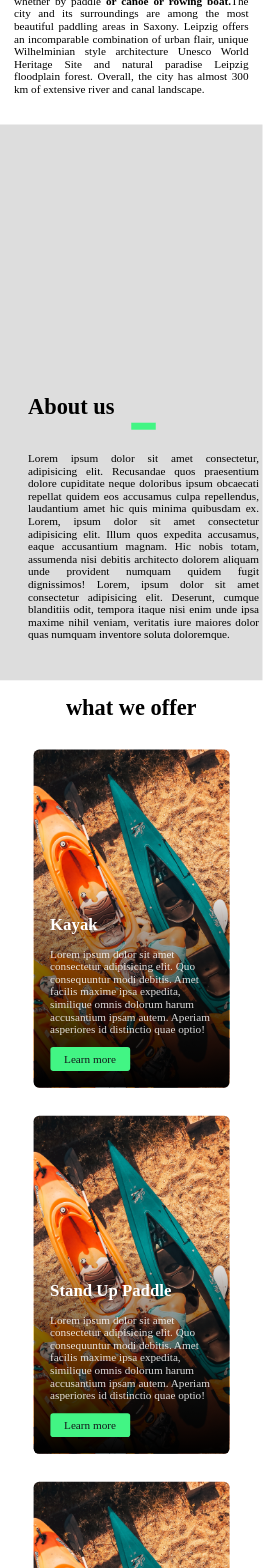
Repository: joseluis2289/Responsive-club-website
Page: index.html
These files come from the project's save history. The page is drawn as it stood at one moment and after the next save; the edit follows.
The browser window is 375 px wide. The page is 380 px wide, so the pictures cover 380 px, including what lies to the right of the window. The pictures show the part of the page from y = 957 to 3197 px (the page is 4407 px tall before and 4087 px after), at 70% of full size.
Pictures or frames that could not be fetched are drawn as grey boxes.

Above is the page before, as saved 2021-08-24 13:27:40.

### index.html
<!DOCTYPE html>
<html lang="en">
<head>
    <meta charset="UTF-8">
    <meta http-equiv="X-UA-Compatible" content="IE=edge">
    <meta name="viewport" content="width=device-width, initial-scale=1.0">
    <link rel="stylesheet" href="style.css">
    <script src="script.js" defer></script>
    <title>Responsive-Club-website</title>
</head>
<body>

    <nav class="navbar">
        <!-- hamburger toggle -->
        <div class="brand-title">Club-Website</div>
        <a href="#" class="toggle-button">
            <span class="bar"></span>
            <span class="bar"></span>
            <span class="bar"></span>
        </a>

        <div class="nav-links">
            <ul>
                <li><a href="#">Home</a></li>
                <li><a href="#">About</a></li>
                <li><a href="#">Contact</a></li>
            </ul>
        </div>
    </nav>
<div class="banner"></div>

<section class="welcome">
    <h1 class="discover-title">Discover the city of Leipzig</h1>
    <p class="p-discover">Discover the "water city of Leipzig". No matter whether by paddle <strong>or canoe or rowing boat.</strong>The city and its surroundings are among the most beautiful paddling areas in Saxony. Leipzig offers an incomparable combination of urban flair, unique Wilhelminian style architecture Unesco World Heritage Site and natural paradise Leipzig floodplain forest. Overall, the city has almost 300 km of extensive river and canal landscape.</p>

</section>

<!-- about us section -->
<div class="grid-container-about">
    <img class="grid-item-img" src="./Cosmetics Discount Sale Landscape Banner.png" alt="about">
    <div class="grid-item-text"><h1><a class="aboutUs-title" href="#">About us</a></h1><p class="aboutUs-text"> Lorem ipsum dolor sit amet consectetur, adipisicing elit. Recusandae quos praesentium dolore cupiditate neque doloribus ipsum obcaecati repellat quidem eos accusamus culpa repellendus, laudantium amet hic quis minima quibusdam ex. Lorem, ipsum dolor sit amet consectetur adipisicing elit. Illum quos expedita accusamus, eaque accusantium magnam. Hic nobis totam, assumenda nisi debitis architecto dolorem aliquam unde provident numquam quidem fugit dignissimos! Lorem, ipsum dolor sit amet consectetur adipisicing elit. Deserunt, cumque blanditiis odit, tempora itaque nisi enim unde ipsa maxime nihil veniam, veritatis iure maiores dolor quas numquam inventore soluta doloremque.</p></div>
</div>

<h1 class="tittle-what-we-offer">what we offer</h1>


<div class="card-container">
    <div class="card">
        <div class="card-content">
        <h2 class="card-title">Kayak</h2>
        <p class="card-body">Lorem ipsum dolor sit amet consectetur adipisicing elit. Quo consequuntur modi debitis. Amet facilis maxime ipsa expedita, similique omnis dolorum harum accusantium ipsam autem. Aperiam asperiores id distinctio quae optio!</p>
        <a href="#" class="button">Learn more</a>
    </div>
    </div>

    <div class="card">
        <div class="card-content">
        <h2 class="card-title"> Stand Up Paddle</h2>
        <p class="card-body">Lorem ipsum dolor sit amet consectetur adipisicing elit. Quo consequuntur modi debitis. Amet facilis maxime ipsa expedita, similique omnis dolorum harum accusantium ipsam autem. Aperiam asperiores id distinctio quae optio!</p>
        <a href="#" class="button">Learn more</a>
    </div>
    </div>


    <div class="card">
        <div class="card-content">
        <h2 class="card-title">Canoe</h2>
        <p class="card-body">Lorem ipsum dolor sit amet consectetur adipisicing elit. Quo consequuntur modi debitis. Amet facilis maxime ipsa expedita, similique omnis dolorum harum accusantium ipsam autem. Aperiam asperiores id distinctio quae optio!</p>
        <a href="#" class="button">Learn more</a>
    </div>
    </div>

</div>





<!-- <section class="what-we-offer">
     <!-- <div class="kayak">kayak</div>
   <img class="kayak" src="./kayak.png" alt="kayak">
   <img class="kayak" src="./boat.png" alt="boat">
   <img class="kayak" src="./sup.png" alt="sup">
</section> -->




<section class="register">
    <form id="register" action="#">
        <h2 class="register-title">Register now!</h2>
        <label for="first-name">First-name:</label>
        <br/>
        <input type="text" name="first-name" id='name' placeholder="Enter your name">
        <br/>
        <label for="last-name">Last-name:</label>
        <br/>
        <input type="text" name="last-name" id="name" placeholder="Enter your last name">
        <br/>
        <label for="email">Email:</label>
        <br/>
        <input type="text" name="email" id="name" placeholder="Enter your email">
        <br/>&nbsp;
        <!-- <label for="gender">Gender:</label>
        <br/>
        <input type="radio" name="gender" id="male">
        &nbsp;
        <span id="male">Male</span>
        &nbsp; &nbsp;
        <input type="radio" name="gender" id="female">
        &nbsp;
        <span id="female">Female</span> -->
        <br/> <br/>
    <input type="submit" value="submit" name="submit" id="submit">
    </form>
</section>

<footer class="footer">
    <div>footer</div>
</footer>
</body>
</html>

### style.css
:root{
    --clr-neutral-900: hsl(207,19%,9%);
    --crl-neutral-100: hsl(0,0%,100%);
    --crl-accent-400: hsl(142, 90%, 61%);

}

*,
*::before,
*::after {
    box-sizing: border-box;
}


*{
    box-sizing: border-box;
}

body{
    margin: 0;
    border: 0;
}

.navbar{
    display: flex;
    justify-content: space-between;
    align-items: center;
    background-color: #333;
    color: white;
    font-family: 'Poppins', sans-serif;

}

.brand-title{
    font-size: 1.6rem;
    margin: .5rem;
    text-transform: uppercase;
    letter-spacing: 4px;
    -webkit-box-shadow: 0 10px 6px -6px rgb(80, 73, 73);
    -moz-box-shadow:0 10px 6px -6px rgb(114, 110, 110);
    box-shadow: 0 10px 6px -6px rgb(136, 133, 133);
    border-radius:10px;
}

.nav-links ul {
    margin: 0;
    padding: 0;
    display: flex;
}
.nav-links li {
    list-style: none;
}

.nav-links li a {
    text-decoration: none;
    color: white;
    padding: 1rem;
    display: block;
}
.nav-links li:hover{
    background-color:#555;
}

.toggle-button {
    position: absolute;
    top: .75rem;
    right: 1rem;
    display: none;
    flex-direction: column;
    justify-content: space-between;
    width: 30px;
    height: 22px;
}

.toggle-button .bar {
    height: 3px;
    width: 100%;
    background-color: white;
    border-radius: 10px;
}

.banner{
    background-image: url("/Cosmetics\ Discount\ Sale\ Landscape\ Banner.png");
    background-repeat: no-repeat;
    background-position: cover;
    background-size: 100% 100vh;
    height: 100vh;
}

/* discover the city of Leipzig */
.welcome{
    text-align: center;
    height: 30vh;

}
.discover-title{
    display: block;
    position: relative;
    cursor: pointer;
}
.discover-title::after{
    content:"";
    position: absolute;
    left: 620px;
    background: var(--crl-accent-400);
    display: block;
    border: 0;
    margin: 0.5rem 0;
    width:300px;
    height: 10px;
    transform: scaleX(0.1);
    transition: transform 0.4s ease;

}

.discover-title:hover:after,
.discover-title:active:after{
    transform: scaleX(1);
    transform-origin: left;
    transition: transform 0.5s ease;
}


.grid-container-about{
    background-color: #ddd;
    display: grid;
    grid-template-columns: 1fr 1fr;
    padding: 30px;
}
.grid-item-img{
    width: 400px;
    height: 40vh;
    border-radius:10px;

}

/* about us  */

.aboutUs-title{
color: #000;
text-decoration: none;
border: 0;
margin: 0.5rem 0;
line-height: 1.4;
display: block;
position: relative;
}

.aboutUs-title:after{
    position: absolute;
    content: "";
    background: var(--crl-accent-400);
    display: block;
    left:0;
    bottom:0;
    line-height: 1.4;
    width:100%;
    height: 10px;
    transform: scaleX(0.1);
    transition: transform 0.4s ease;

}

.aboutUs-title:hover:after,
.aboutUs-title:active:after{
    transform: scaleX(1);
    transform-origin: left bottom;
    transition: transform 0.5s ease;
}




/* what we offer cards */
.tittle-what-we-offer{
    text-align: center;
}

.card-container{
    display: flex;
    justify-content: space-around;
}

.card{
    color: var(--crl-neutral-100);
    background-image: url(./we-offer.jpg);
    background-size: cover;
    padding: 12rem 0 0;
    /* ch is 35 character wide */
    max-width: 35ch;
    border-radius: 0.5rem;
    overflow: hidden;
    transition: transform 500ms ease;

}

.card:hover{
    transform: scale(1.05);
}



.card-content{
    /* this variable only exist within the card content */
    --padding: 1.5rem;
    padding: var(--padding);
    /* here im appying some saturation and opacity of the backgroud card in order to king of fade it out */
    background: linear-gradient(
        hsl(0 0% 0% / 0),
        hsl(0 0% 0% / 0.3) 20%,
        hsl(0 0% 0% / 1)
    );
}

.card-title{
    position: relative;
    /* max-content it line up the with of the title */
    width: max-content;


}

.card-title::after{
    content:"";
    position: absolute;
    height: 4px;
    /* here I'm moving the green bar to the left in order to animate */
    left: calc(var(--padding) * -1 );
    bottom: 0;
    width: calc(100% + var(--padding));
    background: var(--crl-accent-400);
    /* here I'm animating the green bar from left to right */
    transform-origin: left;
    transform: scaleX(0);
    transition: transform 500ms ease;
}

.card:hover .card-title::after{
    transform: scaleX(1);
}

.card-body{
    color: rgb(255 255 255 / 0.85);
}

.button{
    cursor:pointer;
    display: inline-block;
    padding: 0.5em 1.3em;
    text-decoration: none;
    color: var(--clr-neutral-900);
    background-color: var(--crl-accent-400);
    padding: 0.5em 1.25em;
    border-radius: 0.25em;
}


.button:hover,
.button:focus {
    background-color: var(--crl-neutral-100);
}


/* .what-we-offer{
    display: grid;
    grid-template-columns: 1fr 1fr 1fr;
    display: flex;
    justify-content: space-around;
}
.kayak{
    /* background-image:url("kayak.png");
    height: 40vh;
    margin: 10px;
    border-radius:10px;
    background: #ddd;
    box-shadow: 0 6px 10px rgba(14, 13, 13, 0.08), 0 0 6px rgba(0, 0, 0, 0.05);
    cursor: pointer;
}


.kayak:hover{
    border: rgba(0, 0, 0, 0.05) solid 0;
    transform: scale(1.05);
    box-shadow: 0 10px 20px rgba(0, 0, 0, 0.12), 0 4px 8px rgba(0, 0, 0, 0.06);
    transition: 0.3s;
} */

/* register */
.register-title{
    text-align: center;
    padding: 20px;
    font-family:'Poppins', sans-serif;
}
#register{

    background-color:rgba(0, 0, 0, 0.05);
    width: 600px;
    font-size: 18px;
    border-radius:10px;
    border:1px solid rgba(214, 210, 210, 0.3);
    box-shadow: 2px 2px 15px;
    color:rgb(24, 21, 21);
    margin: 50px auto;
    text-align: center;
    padding: 20px;

}
label{
    font-family:'Poppins', sans-serif;
    font-size: 18px;
}
input#name{
    width: 300px;
    border: 1px solid #ddd;
    border-radius: 3px;
    outline: 0;
    padding: 7px;
    background-color: #fff;
    box-shadow: inset 1px 1px 5px
    rgba(0,0,0,0.3);
}


input#submit{
    width: 200px;
    padding: 7px;
    font-size: 16px;
    font-family: sans-serif;
    font-weight: 600;
    border: none;
    border-radius:3px;
    background-color:rgba(250, 100, 0, 0.8);
    color:black;
    cursor:pointer;
    border:1px solid rgba(255, 255, 255, 0.3);
    box-shadow: 1px 1px 5px rgba(0, 0, 0, 0.3);
    margin-bottom: 20px;
}

/* label,span,h2{
     text-shadow: 1px 1px 5px rgba(0, 0, 0, 0.3);
} */

/* footer */
.footer{
    width: 100%;
    height: 40vh;
    background-color:#000;
    color:whitesmoke;
}

@media(min-width: 320px) and (max-width: 480px){
    .toggle-button{
        display: flex;
        justify-content: space-around;

    }
    .nav-links{
        display: none;
         width: 100%;
    }
    .navbar{
        flex-direction: column;
        align-items: flex-start;
        width: 100%;
    }
    .banner{
        background-image: url("/Cosmetics\ Discount\ Sale\ Landscape\ Banner.png");
        background-repeat: no-repeat;
        background-position: cover;
        background-size: 100% 100vh;
        height: 100vh;
        width: 100%;
    }
    .nav-links ul {
        width: 100%;

        flex-direction: column;

    }
    .nav-links li {
        text-align: center;
    }
    .nav-links li a {
        padding: .5rem 1rem;
    }
    .nav-links.active{
        display: flex;

    }
    .discover-title::after{
        left: 20px;
    }

    .p-discover{
        text-align: justify;
        text-justify: inter-word;
        padding: 20px;

    }
    .grid-container-about{
         margin: 30px 0 0;
        background-color: #ddd;
        display: grid;
        grid-template-columns: 1fr;

    }
    .grid-item-img{
        width: 00px;
    }
    .aboutUs-title{

        padding: 10px;
    }
    .aboutUs-text{
        text-align: justify;
        text-justify: inter-word;
        width: 350px;
        padding: 10px;

    }
    .card-container{
        display: flex;
        flex-direction: column;


    }
    .card{
        margin: 20px auto;
    }


    #register{
        width: 300px;
    }

    input#name{
        width: 200px;
    }


}

/* ##Device = Low Resolution Tablets, Mobiles (Landscape)
##Screen = B/w 481px to 767px */

@media (min-width: 481px) and (max-width: 767px){
    .navbar{
        width: 780px;
        flex-direction: row;
        justify-content: space-around;
        align-content: center;
    }
    .banner{
        background-image: url("/Cosmetics\ Discount\ Sale\ Landscape\ Banner.png");
        background-repeat: no-repeat;
        background-position: cover;
        background-size: 100% 100vh;
        height: 100vh;
        width: 780px;
    }

    .discover-title::after{
        left: 260px;
        margin: 0 0 30px;

    }
    .discover-title{
        width: 800px;
        text-align: center;
    }
    .p-discover{
        text-align: justify;
        text-justify: inter-word;
        width: 700px;
        padding: 0.7em 5em;
        margin:20px 0 0 60px;
        font-size: 20px;

    }
    .grid-container-about{
        width: 800px;
        margin: 40px 0;
        background-color: #ddd;
        display: grid;
        grid-template-columns: 1fr;
        padding: 90px;
    }
    .aboutUs-text{
        text-align: justify;
        text-justify: inter-word;
        width: 550px;
    }
    .card-container{
        display: flex;
        flex-direction: column;


    }
    .card{
        margin: 20px auto;
    }

}

### script.js
const toggleButton = document.getElementsByClassName("toggle-button")[0]
const navBarLinks = document.getElementsByClassName("nav-links")[0]

toggleButton.addEventListener("click", () =>{
    // toggle the active class so If the active class does exist it will add it and viceversa
    navBarLinks.classList.toggle("active")
}
)

After the next save:
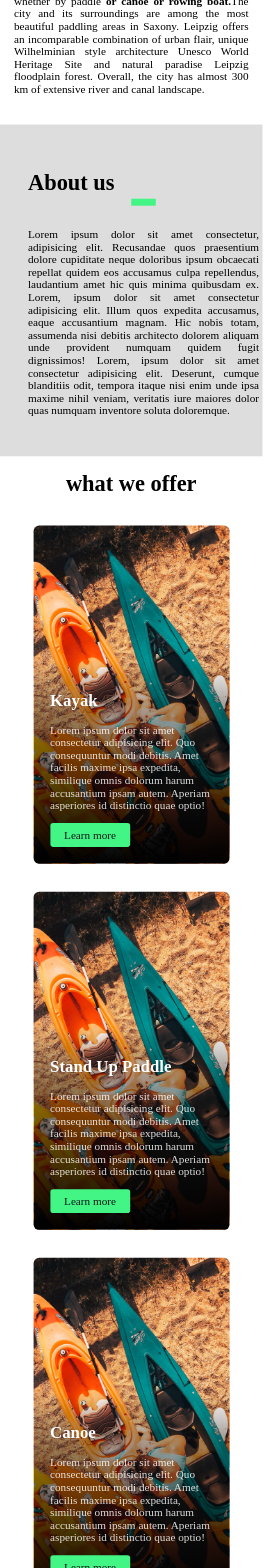
Saved 14 s later.
--- a/style.css
+++ b/style.css
@@ -402,7 +402,7 @@
          margin: 30px 0 0;
         background-color: #ddd;
         display: grid;
-        grid-template-columns: 1fr;
+        grid-template-columns: 1fr 1fr;
 
     }
     .grid-item-img{

After the save that followed:
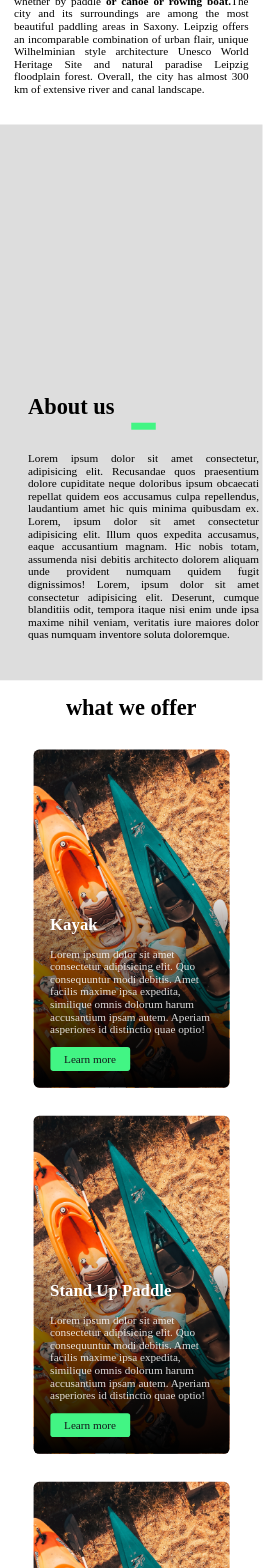
Saved 6 s later.
--- a/style.css
+++ b/style.css
@@ -402,7 +402,7 @@
          margin: 30px 0 0;
         background-color: #ddd;
         display: grid;
-        grid-template-columns: 1fr 1fr;
+        grid-template-columns: 1fr;
 
     }
     .grid-item-img{
